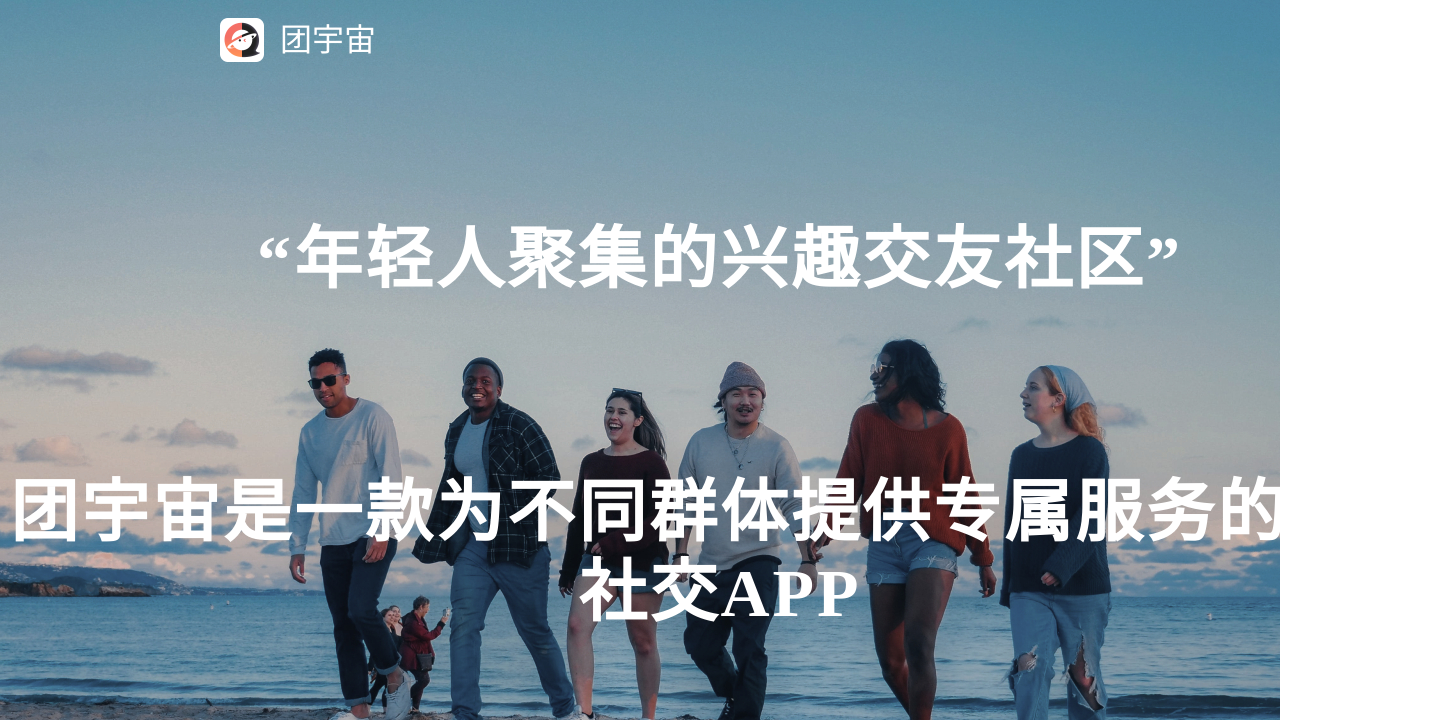
Repository: SanpLee/tyz
Page: homePage/index.html
An editor plug-in stored every save of this project. The page is shown before and after the next save, followed by the edit.
The browser window is 1280 px wide. The page is 1440 px wide, so the pictures cover 1440 px, including what lies to the right of the window. The pictures show the whole page.

Above is the page before, as saved 2022-05-24 19:44:16.

### homePage/index.html
<!DOCTYPE html>
<html lang="en">
<head>
    <meta charset="UTF-8">
    <meta http-equiv="X-UA-Compatible" content="IE=edge">
    <meta name="description" content="团宇宙是一款为不同群体提供专属服务的社群社交APP，年轻人聚集的兴趣交友社区">
    <link rel="shortcut icon" href="/favicon.ico" type="image/x-icon">
    <title>团宇宙</title>
    <link href="css/index.css" rel="stylesheet">
</head>
<body>
    <div class="bg">
        <div class="main">
            <div class="sc-top clearfix">
                <div class="logo left"></div>
                <div class="name left">团宇宙</div>
            </div>
            <div class="sc-des1">“年轻人聚集的兴趣交友社区”</div>
            <div class="sc-des1">团宇宙是一款为不同群体提供专属服务的社群社交APP</div>
        </div>
    </div>

    <script type="text/javascript">
        // 设置元素高度为浏览器可视区域高度
        document.querySelectorAll('.main')[0].style.height= document.documentElement.clientHeight + 'px'
    </script>
</body>
</html>

### homePage/css/index.css
* {
  padding: 0;
  margin: 0;
}
body {
  font: 12px/1.5 Microsoft YaHei,Heiti SC,tahoma,arial,Hiragino Sans GB,"\5B8B\4F53",sans-serif;
  background: #fff;
  color: #000;
}
ol,ul,li {
  list-style: none;
}
img {
  vertical-align: top;
  border: 0;
}

input::-moz-focus-inner {
  border-color: transparent !important;
}

table {
  border-collapse: collapse;
  table-layout: fixed;
  word-break: break-all; /*固定表格宽度，不被撑开*/
}

input[type="button"]:hover,input[type="submit"]:hover {
  cursor: pointer;
}

.left{
    float: left;
}
.right{
    float: right;
}
/*清除浮动*/
.clearfix:after {
  content: "020";
  display: block;
  height: 0;
  clear: both;
  visibility: hidden;
}
.clearfix {
  /* 触发 hasLayout */
  zoom: 1;
}
/* rest css end */

/* page css */
.bg{
  width: 100%;
  height: 100%;
  background-image: url(../images/bg.jpg);
  background-color: white;
  background-position: center top;
  background-repeat: no-repeat;
}
.main {
  width:1440px;
  height: 100%;
  margin: 0 auto;
}
.sc-top {
   padding: 18px 0 0 220px;
}
.sc-top .logo{
    width: 44px;
    height: 44px;
    background-image: url(../images/ic_logo.png);
    background-repeat: no-repeat;
}
.sc-top .name{
    font-size: 32px;
    font-family: Noto Sans SC-Medium, Noto Sans SC;
    font-weight: 500;
    color: #FFFFFF;
    height: 44px;
    line-height: 44px;
    padding-left: 16px;
}
.sc-des1{
    padding-top:158px;
    height: 95px;
    font-size: 68px;
    font-family: PingFang SC-Semibold, PingFang SC;
    font-weight: 600;
    color: #FFFFFF;
    line-height: 80px;
    letter-spacing: 3px;
    text-align: center;
}
.sc-des2{
    padding-top:100px;
    height: 41px;
    font-size: 29px;
    font-family: PingFang SC-Regular, PingFang SC;
    font-weight: 400;
    color: #EEEEEE;
    line-height: 34px;
    letter-spacing: 5px;
    text-align: center;
}

After the next save:
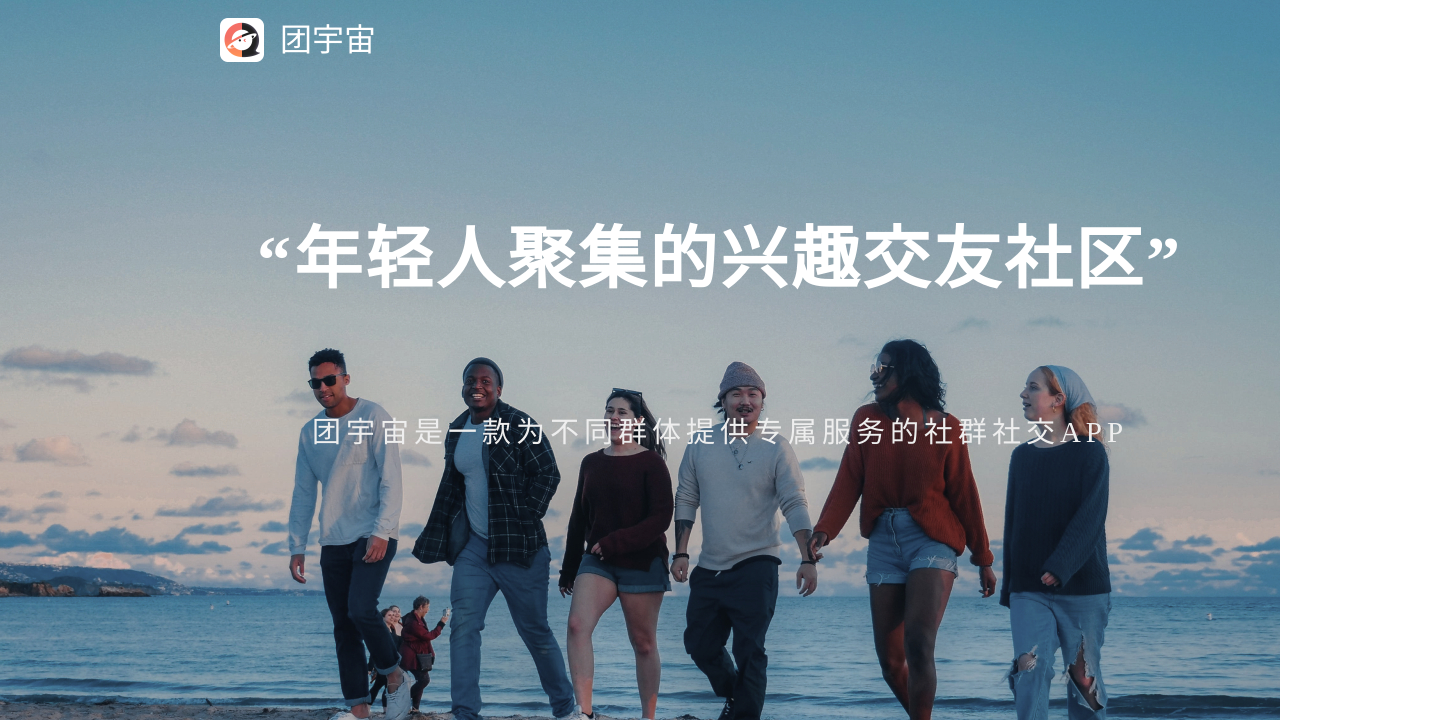
Saved 9 s later.
--- a/homePage/index.html
+++ b/homePage/index.html
@@ -16,7 +16,7 @@
                 <div class="name left">团宇宙</div>
             </div>
             <div class="sc-des1">“年轻人聚集的兴趣交友社区”</div>
-            <div class="sc-des1">团宇宙是一款为不同群体提供专属服务的社群社交APP</div>
+            <div class="sc-des2">团宇宙是一款为不同群体提供专属服务的社群社交APP</div>
         </div>
     </div>
 
